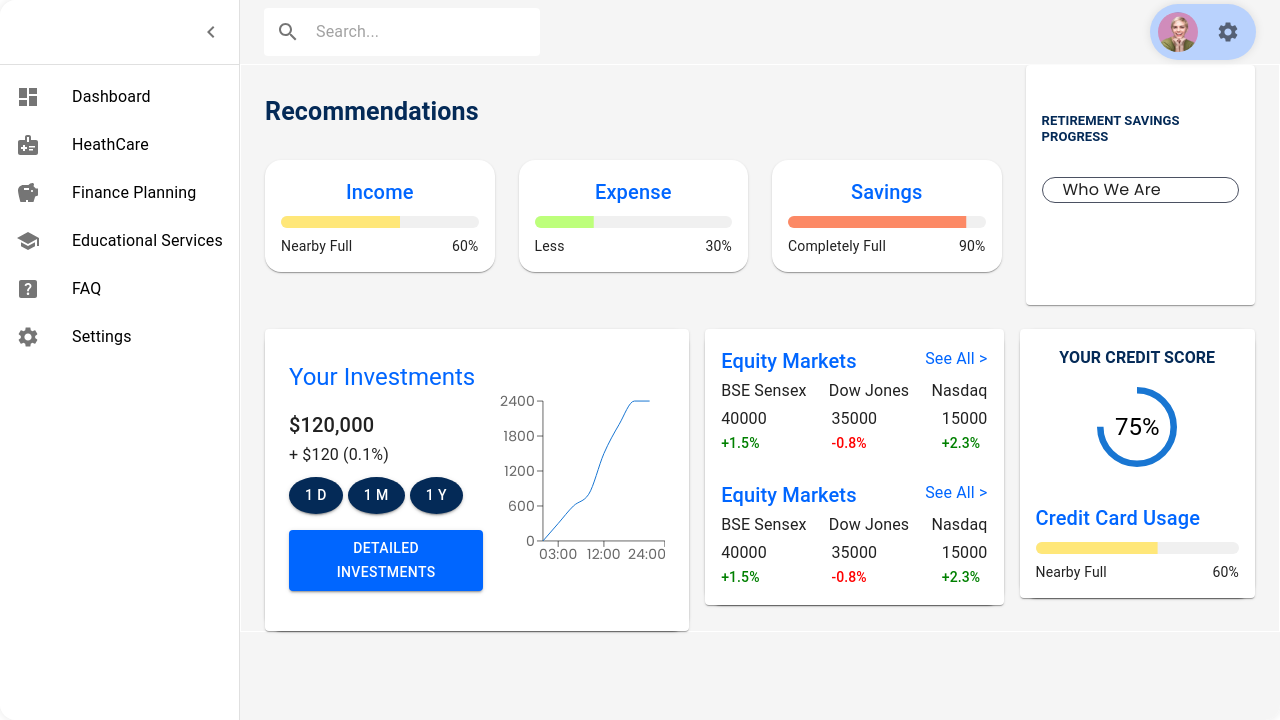
Repository: shubhampirate/TIAA_Retirement_hackathon
Page: /education
An editor plug-in stored every save of this project. The page is shown before and after the next save, followed by the edit.
The browser window is 1280 px wide. The pictures show the whole page.
The project was rebuilt for these pictures with package versions that can differ from the ones it lists, and the page was loaded fresh each time. Also part of the build but not shown: src/Components/CustomButton.jsx, src/Components/Navbar.jsx, src/Components/Properties.jsx, src/Components/Footer.jsx, src/Components/Hero.jsx, src/pages/Sign_In.jsx, src/Components/GaugeChart.jsx, src/Components/Dashboard.jsx and 3 more.

Above is the page before, as saved 2023-11-18 18:51:50.

### src/index.css
@import url("https://fonts.googleapis.com/css2?family=Poppins:wght@400;500;700&display=swap");

* {
  margin: 0;
  padding: 0;
  box-sizing: border-box;
  font-family: "Poppins", sans-serif;
}

body {
  margin: 0;
  -webkit-font-smoothing: antialiased;
  -moz-osx-font-smoothing: grayscale;
}

code {
  font-family: source-code-pro, Menlo, Monaco, Consolas, "Courier New",
    monospace;
}

### src/App.jsx
import Hero from "./Components/Hero";
import SignIn from "./pages/Sign_In";
import Dashboard from "./Components/Dashboard";
import Education from "./Components/Education";
import Health from "./Components/Health";
import Settings from "./Components/Settings";
import Questions from "./Components/Questions";
import { Route, Routes } from "react-router-dom";
function App() {
  return (
    <>
      <Routes>
        <Route path="/SignIn" element={<><SignIn /></>} />
        <Route path="/dashboard" element={<><Dashboard /></>} />
        <Route path="/education" element={<><Education /></>} />
        <Route path="/health" element={<><Health /></>} />
        <Route path="/settings" element={<><Settings /></>} />
        <Route path="/questions" element={<><Questions /></>} />
        <Route path="/" element={<><Hero /></>} />
      </Routes>

    </>
  );
}

export default App;

### src/Components/Education.jsx
import * as React from 'react';
import { styled, createTheme, ThemeProvider } from '@mui/material/styles';
import CssBaseline from '@mui/material/CssBaseline';
import MuiDrawer from '@mui/material/Drawer';
import Box from '@mui/material/Box';
import MuiAppBar from '@mui/material/AppBar';
import Toolbar from '@mui/material/Toolbar';
import List from '@mui/material/List';
import Typography from '@mui/material/Typography';
import Divider from '@mui/material/Divider';
import IconButton from '@mui/material/IconButton';
// import Badge from '@mui/material/Badge';
import Container from '@mui/material/Container';
import Grid from '@mui/material/Grid';
import Paper from '@mui/material/Paper';
// import Link from '@mui/material/Link';
import MenuIcon from '@mui/icons-material/Menu';
import ChevronLeftIcon from '@mui/icons-material/ChevronLeft';
// import NotificationsIcon from '@mui/icons-material/Notifications';
import SettingsIcon from '@mui/icons-material/Settings';
import { mainListItems } from './listItems';
// import Chart from './Chart';
import Deposits from './Deposits';

import heroImg_4 from "../media/img_4.jpeg";
import Button from '@mui/material/Button';
import LinearProgress from '@mui/material/LinearProgress';
import YourComponent from './YourComponent';
import SearchIcon from '@mui/icons-material/Search';

import InputBase from '@mui/material/InputBase';



  const Title = styled(Typography)(({ theme }) => ({
    fontSize: "25px",
    color: "#042A57",
    fontWeight: "bold",
    textAlign: "left",
    margin: theme.spacing(4, 0, 4, 0),
    [theme.breakpoints.down("sm")]: {
      fontSize: "30px",
    },
  }));
const drawerWidth = 240;

const AppBar = styled(MuiAppBar, {
  shouldForwardProp: (prop) => prop !== 'open',
})(({ theme, open }) => ({
  zIndex: theme.zIndex.drawer + 1,
  transition: theme.transitions.create(['width', 'margin'], {
    easing: theme.transitions.easing.sharp,
    duration: theme.transitions.duration.leavingScreen,
  }),
  ...(open && {
    marginLeft: drawerWidth,
    width: `calc(100% - ${drawerWidth}px)`,
    transition: theme.transitions.create(['width', 'margin'], {
      easing: theme.transitions.easing.sharp,
      duration: theme.transitions.duration.enteringScreen,
    }),
  }),
}));


const ProgressBarBox = ({ title, value }) => {
    let indicatorText = '';
    let color = '';

    if (value <= 30) {
      indicatorText = 'Less';
      color = '#BDFF7B';
    } else if (value <= 70) {
      indicatorText = 'Nearby Full';
      color = '#FFE779';
    } else {
      indicatorText = 'Completely Full';
      color = '#FC8965';
    }

    return (
      <Grid item xs={12} sm={6} md={4}>
        <Paper
          sx={{
            p: 2,
            display: 'flex',
            flexDirection: 'column',
            alignItems: 'center',
            borderRadius: '16px',
          }}
        >
          <Typography variant="h6" sx={{ mb: 1, color: "#0066FF" }}>
            {title}
          </Typography>
          <LinearProgress
          variant="determinate"
          value={value}
          sx={{
            width: '100%',
            height: '12px',
            borderRadius: '8px',
            backgroundColor: '#f0f0f0',
            marginBottom: '8px',
            '& .MuiLinearProgress-bar': {
              backgroundColor: color,
            },
          }}
        />

          <Box
          sx={{
            display: 'flex',
            justifyContent: 'space-between',
            width: '100%',

          }}
        >
          <Typography variant="body2">{indicatorText}</Typography>
          <Typography variant="body2">{value}%</Typography>
        </Box>
        </Paper>
      </Grid>
    );
  };
const Drawer = styled(MuiDrawer, { shouldForwardProp: (prop) => prop !== 'open' })(
  ({ theme, open }) => ({
    '& .MuiDrawer-paper': {
      position: 'relative',
      whiteSpace: 'nowrap',
      width: drawerWidth,
      transition: theme.transitions.create('width', {
        easing: theme.transitions.easing.sharp,
        duration: theme.transitions.duration.enteringScreen,
      }),
      boxSizing: 'border-box',
      ...(!open && {
        overflowX: 'hidden',
        transition: theme.transitions.create('width', {
          easing: theme.transitions.easing.sharp,
          duration: theme.transitions.duration.leavingScreen,
        }),
        width: theme.spacing(7),
        [theme.breakpoints.up('sm')]: {
          width: theme.spacing(9),
        },
      }),
    },
  }),
);

// TODO remove, this demo shouldn't need to reset the theme.
const defaultTheme = createTheme();

export default function Education() {
  const [open, setOpen] = React.useState(true);
  const toggleDrawer = () => {
    setOpen(!open);
  };

  return (
    <ThemeProvider theme={defaultTheme}>
      <Box sx={{ display: 'flex', borderRadius: '16px', overflow: 'hidden', boxShadow: '0px 0px 10px rgba(0, 0, 0, 0.1)' }} >
        <CssBaseline />

<AppBar position="absolute" open={open} sx={{ backgroundColor: "whitesmoke", boxShadow: 'none' }}>
  <Toolbar
    sx={{
      pr: '24px', // keep right padding when drawer closed
      display: 'flex',
      alignItems: 'center',
      justifyContent: 'space-between',
    }}
  >
    <Box sx={{ display: 'flex', alignItems: 'center' }}>
      <IconButton
        edge="start"
        aria-label="open drawer"
        onClick={toggleDrawer}
        sx={{
          marginRight: '36px',
          ...(open && { display: 'none' }),
          backgroundColor: "#fff"
        }}
      >
        <MenuIcon  />
      </IconButton>

      {/* Search tab */}
      <Box sx={{ display: 'flex', alignItems: 'center', backgroundColor: 'white', borderRadius: '4px', padding: '4px' }}>
        <IconButton>
          <SearchIcon />
        </IconButton>
        <InputBase
          placeholder="Search..."
          sx={{ ml: 1 }}
        />
      </Box>

    </Box>

    <Box sx={{ display: 'flex', alignItems: 'center', backgroundColor: '#B9D2FD', boxShadow: '0px 0px 10px rgba(0, 0, 0, 0.1)', borderRadius: '40px', padding: '8px' }}>
      {/* User profile image */}
      <img
        src={heroImg_4}
        alt="User Profile"
        style={{ borderRadius: '50%', width: '40px', height: '40px', marginRight: '10px' }}
      />

      {/* Settings button */}
      <IconButton>
        <SettingsIcon />
      </IconButton>
    </Box>
  </Toolbar>
</AppBar>

        <Drawer variant="permanent" open={open}>
          <Toolbar
            sx={{
              display: 'flex',
              alignItems: 'center',
              justifyContent: 'flex-end',
              px: [1],
            }}
          >
            <IconButton onClick={toggleDrawer}>
              <ChevronLeftIcon />
            </IconButton>
          </Toolbar>
          <Divider />
          <List component="nav">
            {mainListItems}
            {/* <Divider sx={{ my: 1 }} /> */}
            {/* {secondaryListItems} */}
          </List>
        </Drawer>
        <Box
          component="main"
          sx={{
            backgroundColor: (theme) =>
              theme.palette.mode === 'light'
                ? theme.palette.grey[100]
                : theme.palette.grey[900],
            flexGrow: 1,
            height: '100vh',
            overflow: 'auto',

          }}
        >
          <Toolbar />
          <Container maxWidth="lg" sx={{ mt: 2 , mb: 4 }} sx={{border: '1px solid #fff'}}>
            <Grid container spacing={3}>

            <Grid item xs={12} md={8} lg={9}>

  <Title variant="h4" sx={{color: "#042A57"}}>
             Recommendations
            </Title>
            <Grid container spacing={3}>
      <ProgressBarBox title="Income" value={60} />
      <ProgressBarBox title="Expense" value={30} />
      <ProgressBarBox title="Savings" value={90} />
    </Grid>
</Grid>


               {/* Recent Deposits */}
              <Grid item xs={12} md={4} lg={3}>
                <Paper
                  sx={{
                    p: 2,
                    display: 'flex',
                    flexDirection: 'column',
                    height: 240,
                  }}
                >
                  <Deposits />
                </Paper>
              </Grid>
              {/* Recent Orders */}
              <Grid item xs={12}>
                {/* <Paper sx={{ p: 2, display: 'flex', flexDirection: 'column' }}> */}
                  <YourComponent />
                {/* </Paper> */}
              </Grid>
            </Grid>

          </Container>
        </Box>
      </Box>
    </ThemeProvider>
  );
}

### src/Components/listItems.jsx
import * as React from 'react';
import ListItemButton from '@mui/material/ListItemButton';
import ListItemIcon from '@mui/material/ListItemIcon';
import ListItemText from '@mui/material/ListItemText';
import DashboardIcon from '@mui/icons-material/Dashboard';
import MedicalInformationIcon from '@mui/icons-material/MedicalInformation';
import SavingsIcon from '@mui/icons-material/Savings';
import SchoolIcon from '@mui/icons-material/School';
import HelpCenterIcon from '@mui/icons-material/HelpCenter';
import SettingsIcon from '@mui/icons-material/Settings';
import { Link } from 'react-router-dom';


export const mainListItems = (
  <React.Fragment>
    <Link to="/dashboard" style={{ textDecoration: "none", color: "black" }}>
      <ListItemButton>
        <ListItemIcon>
          <DashboardIcon />
        </ListItemIcon>
        <ListItemText primary="Dashboard" />
      </ListItemButton>
    </Link>
    <Link to="/health" style={{ textDecoration: "none", color: "black" }}>
      <ListItemButton>
        <ListItemIcon>
          <MedicalInformationIcon />
        </ListItemIcon>
        <ListItemText primary="HeathCare" />
      </ListItemButton>
    </Link>
    <Link to="/dashboard" style={{ textDecoration: "none", color: "black" }}>
      <ListItemButton>
        <ListItemIcon>
          <SavingsIcon />
        </ListItemIcon>
        <ListItemText primary="Finance Planning" />
      </ListItemButton>
    </Link>
    <Link to="/education" style={{ textDecoration: "none", color: "black" }}>
      <ListItemButton>
        <ListItemIcon>
          <SchoolIcon />
        </ListItemIcon>
        <ListItemText primary="Educational Services" />
      </ListItemButton>
    </Link>
    <Link to="/questions" style={{ textDecoration: "none", color: "black" }}>
      <ListItemButton>
        <ListItemIcon>
          <HelpCenterIcon />
        </ListItemIcon>
        <ListItemText primary="FAQ" />
      </ListItemButton>
    </Link>
    <Link to="/settings" style={{ textDecoration: "none", color: "black" }}>
      <ListItemButton>
        <ListItemIcon>
          <SettingsIcon />
        </ListItemIcon>
        <ListItemText primary="Settings" />
      </ListItemButton>
    </Link>
  </React.Fragment >
);

// export const secondaryListItems = (
//   <React.Fragment>
//     <ListSubheader component="div" inset>
//       Saved reports
//     </ListSubheader>
//     <ListItemButton>
//       <ListItemIcon>
//         <AssignmentIcon />
//       </ListItemIcon>
//       <ListItemText primary="Current month" />
//     </ListItemButton>
//     <ListItemButton>
//       <ListItemIcon>
//         <AssignmentIcon />
//       </ListItemIcon>
//       <ListItemText primary="Last quarter" />
//     </ListItemButton>
//     <ListItemButton>
//       <ListItemIcon>
//         <AssignmentIcon />
//       </ListItemIcon>
//       <ListItemText primary="Year-end sale" />
//     </ListItemButton>
//   </React.Fragment>
// );

### src/Components/Deposits.jsx
import * as React from 'react';
import Link from '@mui/material/Link';
import Typography from '@mui/material/Typography';
// import Title from './Title';
import { styled, createTheme, ThemeProvider } from '@mui/material/styles';
import GaugeChart from './GaugeChart';


function preventDefault(event) {
  event.preventDefault();
}
const Title = styled(Typography)(({ theme }) => ({
  fontSize: "13px",
  color: "#042A57",
  fontWeight: "bold",
  textAlign: "left",
  margin: theme.spacing(4, 0, 4, 0),
  [theme.breakpoints.down("sm")]: {
    fontSize: "20px",
  },
}))
export default function Deposits() {
  return (
    <React.Fragment>
<Title variant="h4" sx={{color: "#042A57"}}>
RETIREMENT SAVINGS PROGRESS
            </Title>

            <div style={{
           display: 'inline-flex',
           alignItems: 'center', // Align items vertically in the center
           border: '0.5px solid #4B5162',
           paddingRight: '20px',
           paddingLeft: '20px',
           borderRadius: '30px'
    }}>


       <p >Who We Are</p>
        {/* <GaugeChart/> */}
    </div>

      <div>
        <Link color="primary" href="#" onClick={preventDefault}>
        </Link>
      </div>
    </React.Fragment>
  );
}

### src/Components/YourComponent.jsx
import React from 'react';
import { Box,Grid, Paper, Typography, CircularProgress, LinearProgress, Button } from '@mui/material';
import Chart from './Chart';
// import ArrowForwardIcon from '@mui/icons-material/ArrowForward';



const InvestmentsBox = () => (
  <Paper sx={{ pt: 4,pb:4, pl:3, pr:3, display: 'flex', flexDirection: 'column', alignItems: 'center' }}>
    <div style={{ display: 'flex', justifyContent: 'space-between', width: '100%' }}>
      <div style={{ textAlign: 'left' }}>
        <Typography variant="h5" sx={{color: '#0066FF' }}>Your Investments</Typography>
        <Typography variant="h6" sx={{mt:2}}>$120,000</Typography>
        <Typography variant="subtitle1">+ $120 (0.1%)</Typography>
        {/* Options to choose from */}
        <div style={{ display: 'flex', marginTop: '8px' }}>
          <Button
            variant="contained"
            style={{
              backgroundColor: '#042A57',
              color: '#FFF',
              borderRadius: '70%',
              minWidth: 'unset',
              marginRight: '5px',
            }}
          >
            1 D
          </Button>
          <Button
            variant="contained"
            style={{
              backgroundColor: '#042A57',
              color: '#FFF',
              borderRadius: '50%',
              minWidth: 'unset',
              marginRight: '5px',
            }}
          >
            1 M
          </Button>
          <Button
            variant="contained"
            style={{
              backgroundColor: '#042A57',
              color: '#FFF',
              borderRadius: '50%',
              minWidth: 'unset',
            }}
          >
            1 Y
          </Button>
        </div>
        <Button variant="contained"  sx={{ width: '100%', backgroundColor: '#0066FF', color: '#fff', mb:1 ,mt:{xs:0, md:2}  }}>
        Detailed Investments
        </Button>
      </div>
      {/* Chart (replace with your actual chart component) */}
      <div style={{ width: '50%', height: '150px', backgroundColor: '#fff' }}>
        {/* Replace this div with your actual chart component */}
        <div style={{ width: '100%', height: '140%', display: 'flex', justifyContent: 'center', alignItems: 'center' }}>
          <Chart />
        </div>
      </div>
    </div>
  </Paper>
);


const EquityMarketsBox = () => {
  // Mock data for market values
  const marketData = [
    { name: 'BSE Sensex', currentPrice: 40000, increasePercentage: 1.5 },
    { name: 'Dow Jones', currentPrice: 35000, increasePercentage: -0.8 },
    { name: 'Nasdaq', currentPrice: 15000, increasePercentage: 2.3 },
  ];

  return (
    <Paper sx={{ p: 2, display: 'flex', flexDirection: 'column' }}>
  <Typography variant="h6" style={{ display: 'flex', justifyContent: 'space-between', color: '#0066FF' }}>
        Equity Markets
        <Typography variant="subtitle1" style={{ cursor: 'pointer' }}>
          See All &gt;
        </Typography>
      </Typography>
    {/* Display market names in the first line */}
    <div style={{ display: 'flex', justifyContent: 'space-between' }}>
      {marketData.map((market) => (
        <Typography key={market.name} variant="subtitle1">{market.name}</Typography>
      ))}
    </div>
    {/* Display market values in the second line */}
    <div style={{ display: 'flex', justifyContent: 'space-between' }}>
      {marketData.map((market) => (
        <div key={market.name}>
          <Typography variant="subtitle1">{market.currentPrice}</Typography>
          <Typography variant="subtitle2" style={{ color: market.increasePercentage >= 0 ? 'green' : 'red' }}>
            {market.increasePercentage >= 0 ? '+' : ''}{market.increasePercentage}%
          </Typography>
        </div>
      ))}
    </div>
 <br />
  <Typography variant="h6" style={{ display: 'flex', justifyContent: 'space-between', color: '#0066FF' }}>
        Equity Markets
        <Typography variant="subtitle1" style={{ cursor: 'pointer' }}>
          See All &gt;
        </Typography>
      </Typography>
    {/* Display market names in the first line */}
    <div style={{ display: 'flex', justifyContent: 'space-between' }}>
      {marketData.map((market) => (
        <Typography key={market.name} variant="subtitle1">{market.name}</Typography>
      ))}
    </div>
    {/* Display market values in the second line */}
    <div style={{ display: 'flex', justifyContent: 'space-between' }}>
      {marketData.map((market) => (
        <div key={market.name}>
          <Typography variant="subtitle1">{market.currentPrice}</Typography>
          <Typography variant="subtitle2" style={{ color: market.increasePercentage >= 0 ? 'green' : 'red' }}>
            {market.increasePercentage >= 0 ? '+' : ''}{market.increasePercentage}%
          </Typography>
        </div>
      ))}
    </div>

  </Paper>
);
};



// Component for the third box
  // Component for the first box
const ProgressBarBox = ({ title, value }) => {
    let indicatorText = '';
    let color = '';

    if (value <= 30) {
      indicatorText = 'Less';
      color = '#BDFF7B';
    } else if (value <= 70) {
      indicatorText = 'Nearby Full';
      color = '#FFE779';
    } else {
      indicatorText = 'Completely Full';
      color = '#FC8965';
    }

    return (
      <Grid container>
        <Typography variant="h6" sx={{ mb: 1, color: "#0066FF" }}>
          {title}
        </Typography>
        <LinearProgress
          variant="determinate"
          value={value}
          sx={{
            width: '100%',
            height: '12px',
            borderRadius: '8px',
            backgroundColor: '#f0f0f0',
            marginBottom: '8px',
            '& .MuiLinearProgress-bar': {
              backgroundColor: color,
            },
          }}
        />
        <Box
          sx={{
            display: 'flex',
            justifyContent: 'space-between',
            width: '100%',
          }}
        >
          <Typography variant="body2">{indicatorText}</Typography>
          <Typography variant="body2">{value}%</Typography>
        </Box>
      </Grid>
    );
  };

  // Component for the third box
  const CreditScoreBox = () => (
    <Paper sx={{ p: 2, display: 'flex', flexDirection: 'column', alignItems: 'center', position: 'relative' }}>
      <Typography variant="h6" sx={{mb:{xs:0, md:2}, color: "#042A57", fontSize: "16px", fontWeight: "bold"}}>YOUR CREDIT SCORE</Typography>
      {/* <br /> */}
      {/* Circular Progress Bar */}
      <div style={{ position: 'relative', width: '80px', height: '80px', marginBottom:"35px" }}>
        <CircularProgress variant="determinate" value={75} size={80} />
        {/* Display the percentage in the center of the circular progress bar */}
        <Typography
          variant="h5"
          style={{
            position: 'absolute',
            top: '50%',
            left: '50%',
            transform: 'translate(-50%, -50%)',
            color: '#000', // Adjust text color as needed
          }}
        >
          75%
        </Typography>
      </div>
      {/* <br /> */}
      {/* Include ProgressBarBox with the entire width */}
      <ProgressBarBox title="Credit Card Usage" value={60} />
    </Paper>
  );

// Main component
const YourComponent = () => (
  <Grid container spacing={2}>
    <Grid item xs={12} md={9}>
      <Grid container spacing={2} style={{ height: '100%' }}>
        <Grid item xs={12} md={8} lg={7}>
          <Paper sx={{ borderRadius: '16px' }}>
            <InvestmentsBox />
          </Paper>
        </Grid>
        <Grid item xs={12} md={4} lg={5}>
          <Paper sx={{ borderRadius: '16px' }}>
            <EquityMarketsBox />
          </Paper>
        </Grid>
      </Grid>
    </Grid>
    <Grid item xs={12} md={3}>
      <Paper sx={{ borderRadius: '16px' }}>
        <CreditScoreBox />
      </Paper>
    </Grid>
  </Grid>
);

export default YourComponent;

### src/Components/Chart.jsx
import * as React from 'react';
import { useTheme } from '@mui/material/styles';
import { LineChart, Line, XAxis, YAxis, Label, ResponsiveContainer } from 'recharts';
// import Title from './Title';

// Generate Sales Data
function createData(time, amount) {
  return { time, amount };
}

const data = [
  createData('00:00', 0),
  createData('03:00', 300),
  createData('06:00', 600),
  createData('09:00', 800),
  createData('12:00', 1500),
  createData('15:00', 2000),
  createData('18:00', 2400),
  createData('21:00', 2400),
  createData('24:00', undefined),
];

export default function Chart() {
  const theme = useTheme();

  return (
    <React.Fragment>
      {/* <Title>Today</Title> */}
      <ResponsiveContainer>
        <LineChart
          data={data}
          margin={{
            top: 40,
            right: 0,
            bottom: 0,
            left: 0,
          }}
          backgroundColor="white"

        >
          <XAxis
            dataKey="time"
            stroke={theme.palette.text.secondary}
            style={theme.typography.body2}
          />
          <YAxis
            stroke={theme.palette.text.secondary}
            style={theme.typography.body2}
          >
            {/* <Label
              angle={270}
              position="left"
              style={{
                textAnchor: 'middle',
                fill: theme.palette.text.primary,
                ...theme.typography.body1,
              }}
            >
              Sales ($)
            </Label> */}
          </YAxis>
          <Line
            isAnimationActive={false}
            type="monotone"
            dataKey="amount"
            stroke={theme.palette.primary.main}
            dot={false}
          />
        </LineChart>
      </ResponsiveContainer>
    </React.Fragment>
  );
}

Loaded but not shown: public/index.html (common file); src/index.js (common file)

After the next save:
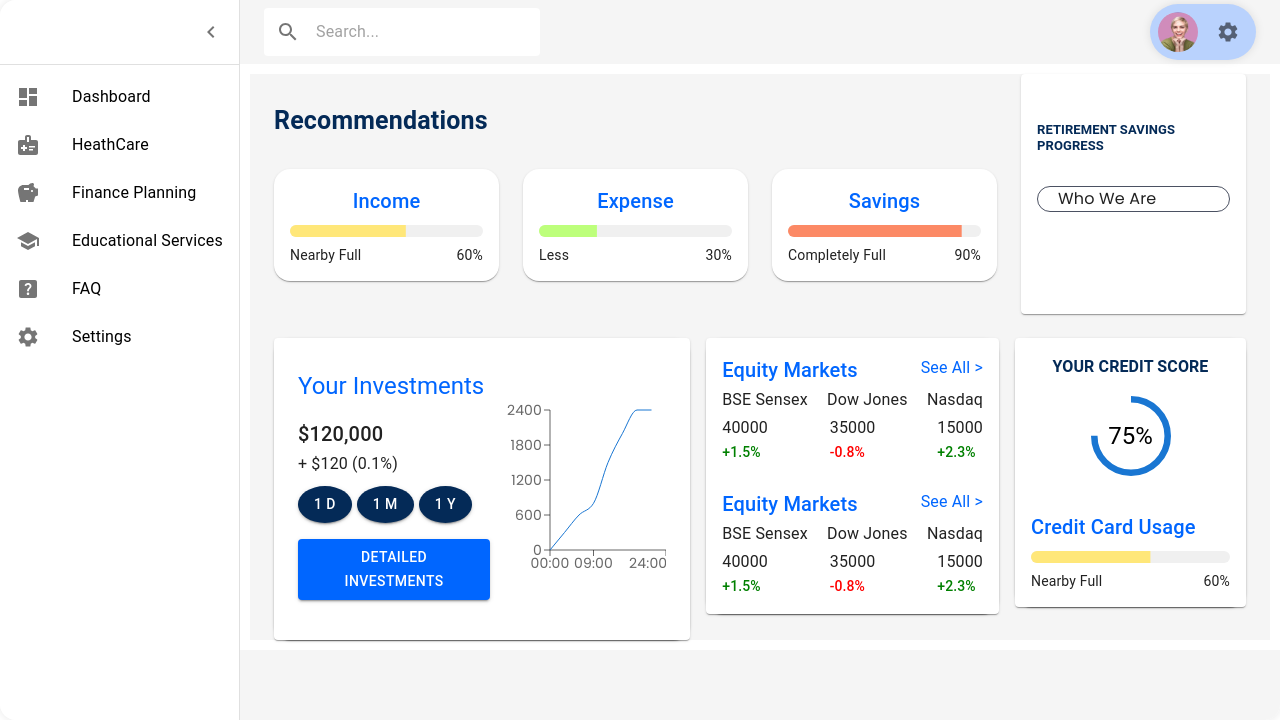
Saved 25 s later.
--- a/src/Components/Education.jsx
+++ b/src/Components/Education.jsx
@@ -248,7 +248,7 @@ export default function Education() {
           }}
         >
           <Toolbar />
-          <Container maxWidth="lg" sx={{ mt: 2 , mb: 4 }} sx={{border: '1px solid #fff'}}>
+          <Container maxWidth="lg" sx={{ mt: 2 , mb: 4 }} sx={{border: '10px solid #fff'}}>
             <Grid container spacing={3}>
 
             <Grid item xs={12} md={8} lg={9}>
